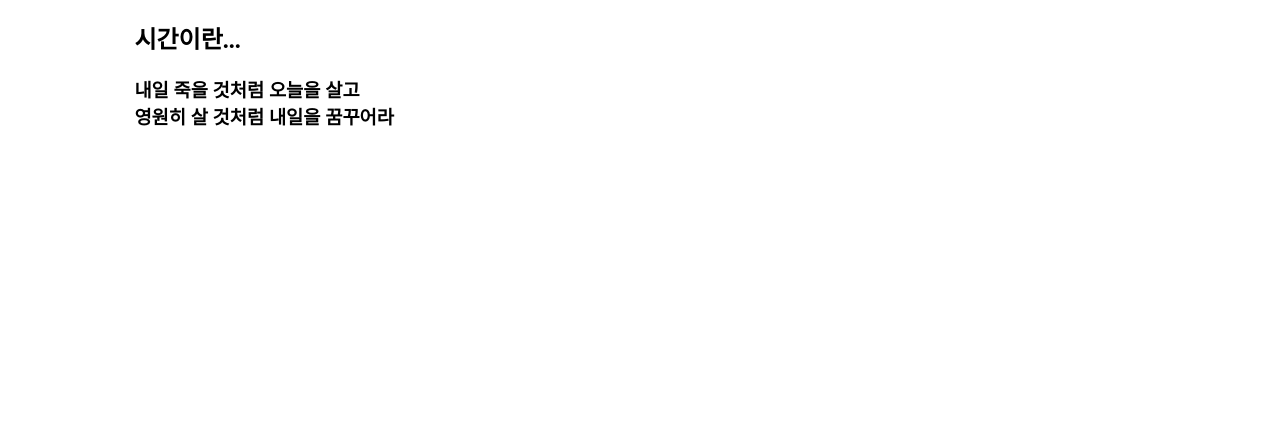
Repository: KyoungHwanJeong/jspworks
Page: http://localhost/jwbook/time.jsp
An editor plug-in stored every save of this project. The page is shown before and after the next save, followed by the edit.
The browser window is 1280 px wide. The pictures show the whole page.
The page is served by Tomcat 9.

Above is the page before, as saved 2023-11-20 02:59:55.

After the next save:
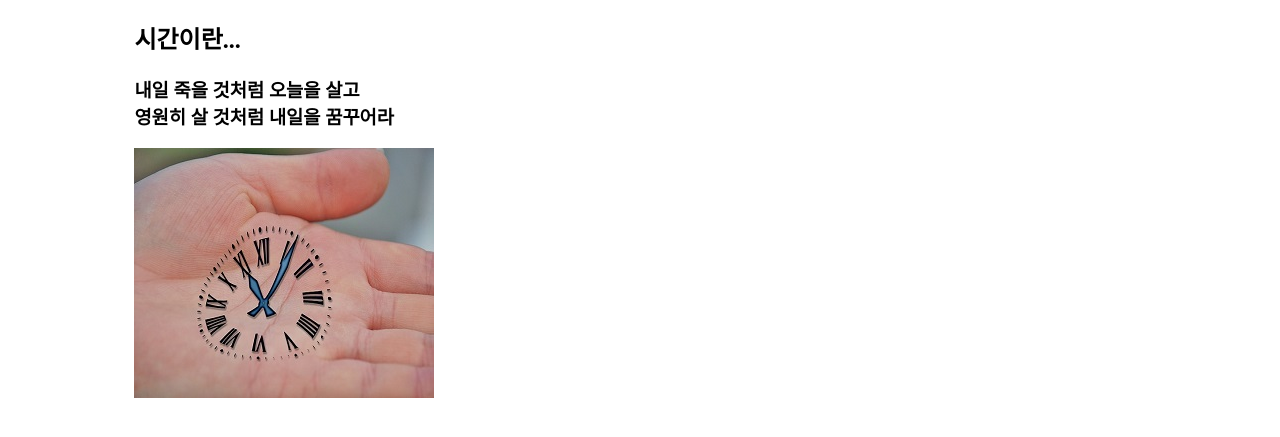
Saved 21 s later.
--- a/jwbook/src/main/webapp/time.jsp
+++ b/jwbook/src/main/webapp/time.jsp
@@ -18,7 +18,7 @@
 		<h3>내일 죽을 것처럼 오늘을 살고<br>
 			영원히 살 것처럼 내일을 꿈꾸어라</h3>
 		<div>
-			<img src="" alt="">
+			<img src="resources/images/time.jpg" alt="">
 		</div>
 
 	</div>
